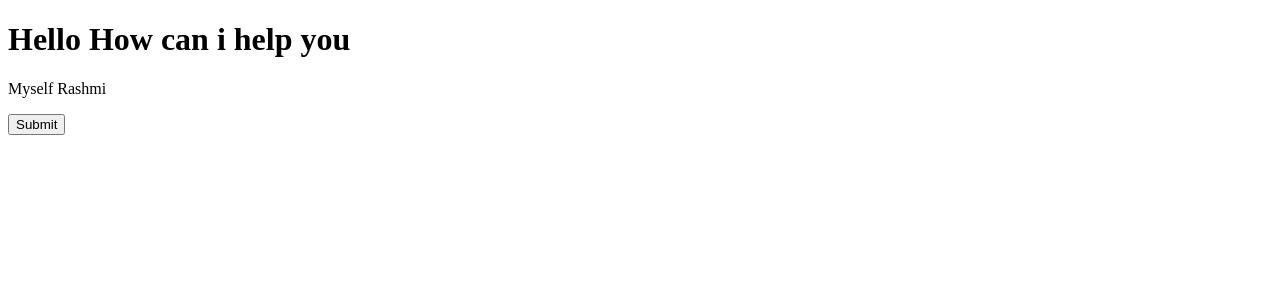
Repository: Rashmi-apagundi/Gsoc-Preperation
Page: index.html
These files come from the project's save history. The page is drawn as it stood at one moment and after the next save; the edit follows.
The browser window is 1280 px wide. The pictures show the whole page.

Above is the page before, as saved 2026-02-10 00:22:12.

After the next save:
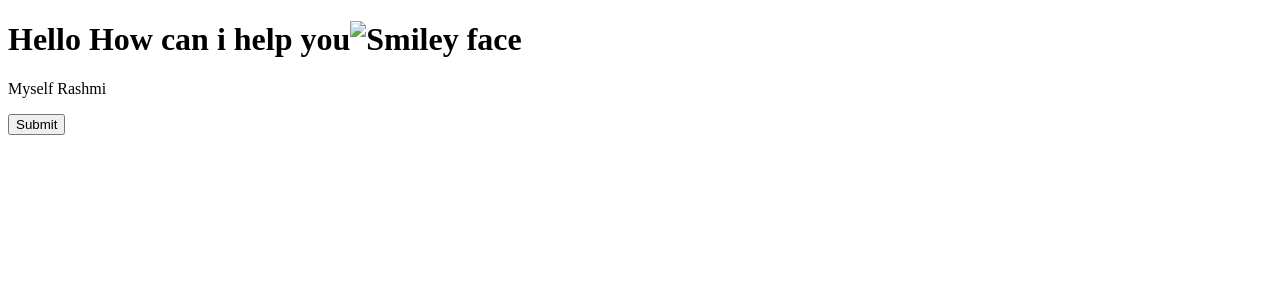
Not found: smiley.png
Saved 4 s later.
--- a/index.html
+++ b/index.html
@@ -3,7 +3,7 @@
 <head>
     <meta charset="UTF-8">
     <meta name="viewport" content="width=device-width, initial-scale=1.0">
-    <h1>Hello How can i help you<img></h1>
+    <h1>Hello How can i help you<img src="smiley.png" alt="Smiley face"></h1>
     <p>Myself Rashmi</p>
     <button>Submit</button>
 </head>
